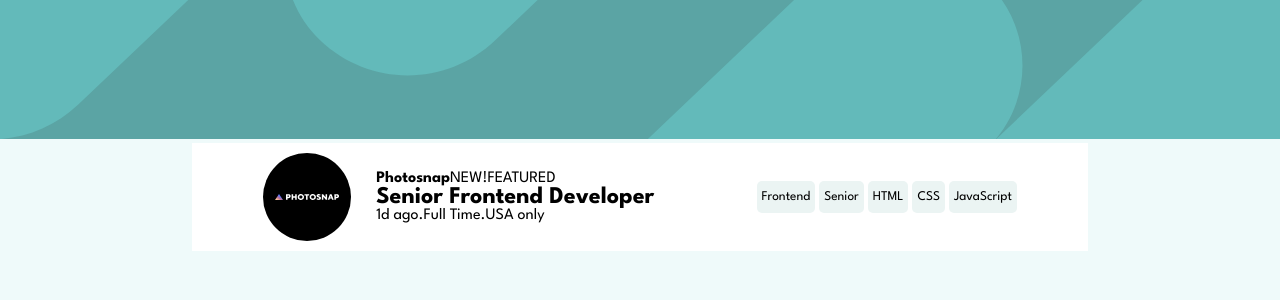
Repository: Eldream12/JobListing
Page: index.html
The author's editor kept a copy of each file at every save. The page is drawn from the files as they stood at one save, then again after the next save.
The browser window is 1280 px wide. The pictures show the whole page.

Above is the page before, as saved 2025-03-31 20:21:21.

### index.html
<!DOCTYPE html>
<html lang="en">
	<head>
		<meta charset="UTF-8" />
		<meta name="viewport" content="width=device-width, initial-scale=1.0" />
		<title>Job Listing</title>
		<link rel="stylesheet" href="style/style.css" />
	</head>

	<body>
		<header>
			<div>
				<img src="Images/bg-header-desktop.svg" alt="NavHeader" />
			</div>
		</header>

		<main>
			<div class="content-carrier">
				<div class="content">
					<div class="ctn">
						<img src="Images/photosnap.svg" alt="photosnap" />
						<div class="content-text">
							<div class="txt-1">
								<h4>Photosnap</h4>
								<p>NEW!</p>
								<p>FEATURED</p>
							</div>
							<div class="txt-2">
								<h2>Senior Frontend Developer</h2>
							</div>
							<div class="txt-3">
								<p>1d ago</p>
								<p>.</p>
								<p>Full Time</p>
								<p>.</p>
								<p>USA only</p>
							</div>
						</div>
					</div>

					<div class="btn">
						<button>Frontend</button>
						<button>Senior</button>
						<button>HTML</button>
						<button>CSS</button>
						<button>JavaScript</button>
					</div>
				</div>
			</div>
		</main>
		<footer></footer>
	</body>
</html>

### style/style.css
@import url("https://fonts.googleapis.com/css2?family=League+Spartan:wght@100..900&display=swap");

* {
	font-family: League Spartan;
	margin: 0;
	padding: 0;
	box-sizing: border-box;
}

html body {
	background-color: hsl(180, 52%, 96%);
}

header img {
	width: 100%;
	background-color: hsl(180, 29%, 50%);
}

.content-carrier .content {
	display: flex;
	background-color: #ffffff;
	align-items: center;
	justify-content: space-around;
	max-width: 70%;
	margin: auto;
  padding: 10px 20px 10px 20px;
}

.content-carrier .content .txt-1 {
	display: flex;
}

.content-carrier .content .txt-3 {
	display: flex;
}

.content-carrier .content .ctn {
	display: flex;
	align-items: center;
}

.content .ctn img {
  margin-right: 25px;
}

.content .btn button {
  background-color:  #ebf4f3;
	border: none;
	padding: 10px 5px 10px 5px;
	border-radius: 5px;
	color: 649d97;
}

After the next save:
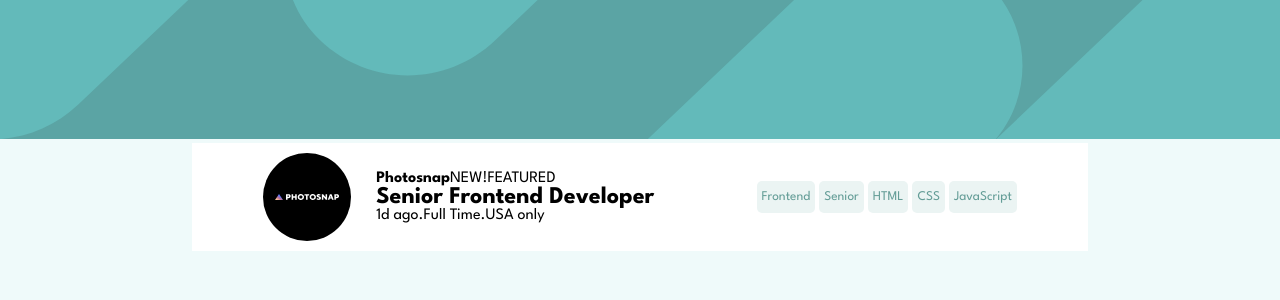
Saved 7 s later.
--- a/style/style.css
+++ b/style/style.css
@@ -48,5 +48,5 @@ header img {
 	border: none;
 	padding: 10px 5px 10px 5px;
 	border-radius: 5px;
-	color: 649d97;
+	color: #649d97;
 }
